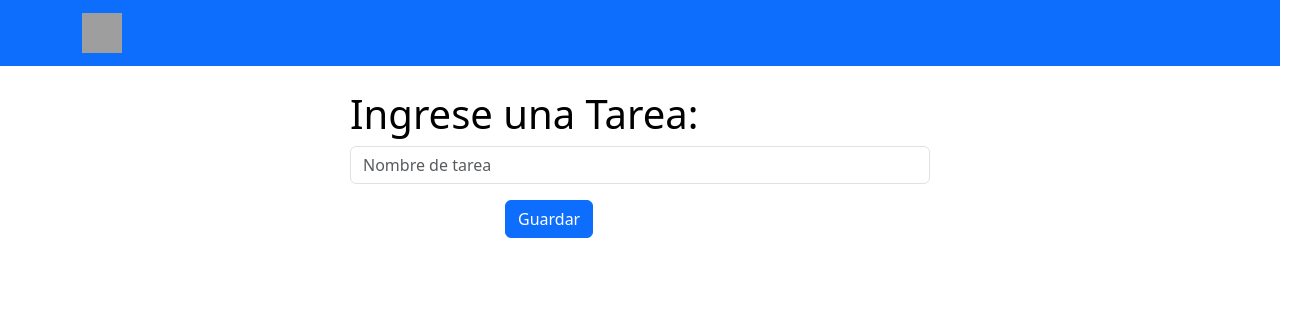
Repository: mgarrido0gb/registroTareas
Page: http://localhost/Tareas/Home
An editor plug-in stored every save of this project. The page is shown before and after the next save, followed by the edit.
The browser window is 1280 px wide. The page is 1292 px wide, so the pictures cover 1292 px, including what lies to the right of the window. The pictures show the whole page.
Pictures or frames that could not be fetched are drawn as grey boxes. The page is served by Tomcat 10. Queries for data that is not in the repository find no rows.

Above is the page before, as saved 2024-05-21 16:46:46.

After the next save:
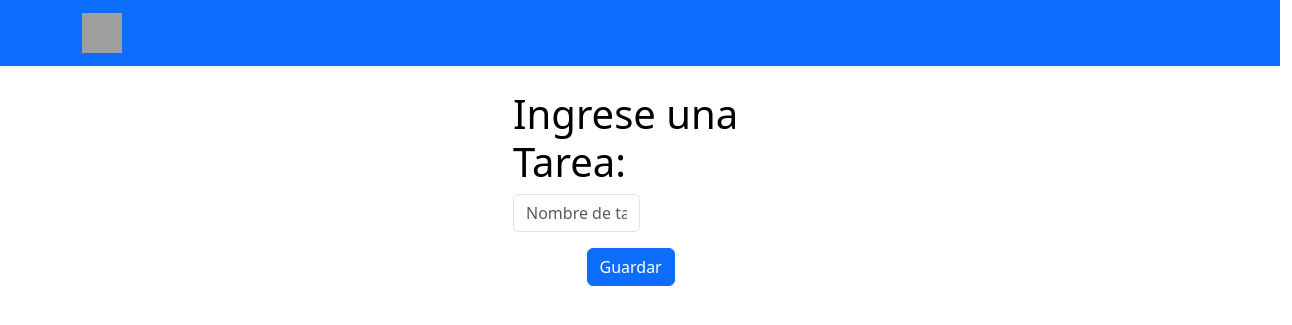
Saved 30 s later.
--- a/Tareas/src/main/webapp/WEB-INF/home.jsp
+++ b/Tareas/src/main/webapp/WEB-INF/home.jsp
@@ -42,12 +42,12 @@
 	</nav>
 
     <div class="row">
-    	<div class="col-3 offset-3 d-block m-auto m-0 col-sm-6">
+    	<div class="col-3 offset-3 d-block m-auto m-0">
     		<form action="/Tareas/Home" method="post">
     			<div class="p-4">
     				<h1>Ingrese una Tarea: </h1>
 
-    				<div class="text-center ">
+    				<div class="text-center  col-sm-6">
     					<input class="form-control" placeholder="Nombre de tarea" name="texto" type="text" required>
     				</div>
     			<div>
